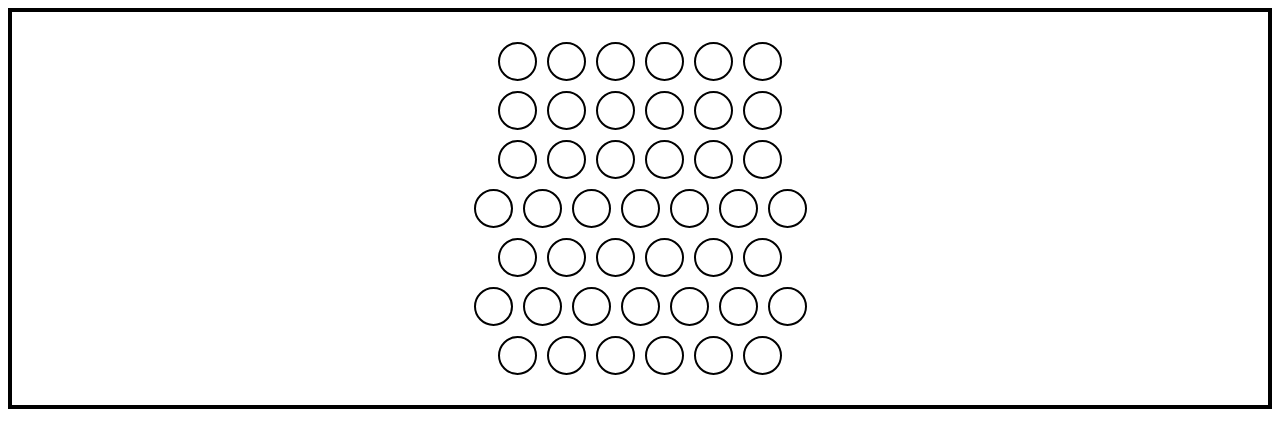
Repository: mikevic18/connect4
Page: index.html
An editor plug-in stored every save of this project. The page is shown before and after a run of saves, followed by the edit.
The browser window is 1280 px wide. The pictures show the whole page.

Above is the page before, as saved 2023-03-03 12:28:19.

### index.html
<!DOCTYPE html>
<html lang="en">
    <head>
        <meta charset="UTF-8" />
        <meta http-equiv="X-UA-Compatible" content="IE=edge" />
        <meta name="viewport" content="width=device-width, initial-scale=1.0" />
        <link rel="stylesheet" type="text/css" href="style.css">
        <title>Document</title>
    </head>
    <body>
        <div class="board">
            <div class="column">
                <div class="cell"></div>
                <div class="cell"></div>
                <div class="cell"></div>
                <div class="cell"></div>
                <div class="cell"></div>
                <div class="cell"></div>
            </div>
            <div class="column">
                <div class="cell"></div>
                <div class="cell"></div>
                <div class="cell"></div>
                <div class="cell"></div>
                <div class="cell"></div>
                <div class="cell"></div>
                <div class="cell"></div>
            </div>
            <div class="column">
                <div class="cell"></div>
                <div class="cell"></div>
                <div class="cell"></div>
                <div class="cell"></div>
                <div class="cell"></div>
                <div class="cell"></div>
            </div>
            <div class="column">
                <div class="cell"></div>
                <div class="cell"></div>
                <div class="cell"></div>
                <div class="cell"></div>
                <div class="cell"></div>
                <div class="cell"></div>
                <div class="cell"></div>
            </div>
            <div class="column">
                <div class="cell"></div>
                <div class="cell"></div>
                <div class="cell"></div>
                <div class="cell"></div>
                <div class="cell"></div>
                <div class="cell"></div>
            </div>
            <div class="column">
                <div class="cell"></div>
                <div class="cell"></div>
                <div class="cell"></div>
                <div class="cell"></div>
                <div class="cell"></div>
                <div class="cell"></div>
            </div>
            <div class="column">
                <div class="cell"></div>
                <div class="cell"></div>
                <div class="cell"></div>
                <div class="cell"></div>
                <div class="cell"></div>
                <div class="cell"></div>
            </div>
        </div>
    </body>
</html>

### style.css

.board{
    display:flex;
    flex-direction: column-reverse;
    align-items: center;
    border: 4px solid black;
    padding: 25px;
}

.column{
    display: flex;
}

.cell{
    width: 35px;
    height: 35px;
    border-radius: 50%;
    margin: 5px;
    background-color: white;
    border: 2px solid black;
}
.cell.red{
    background-color: red;
}
.cell.green{
    background-color: mediumseagreen;
}

After the next 3 saves:
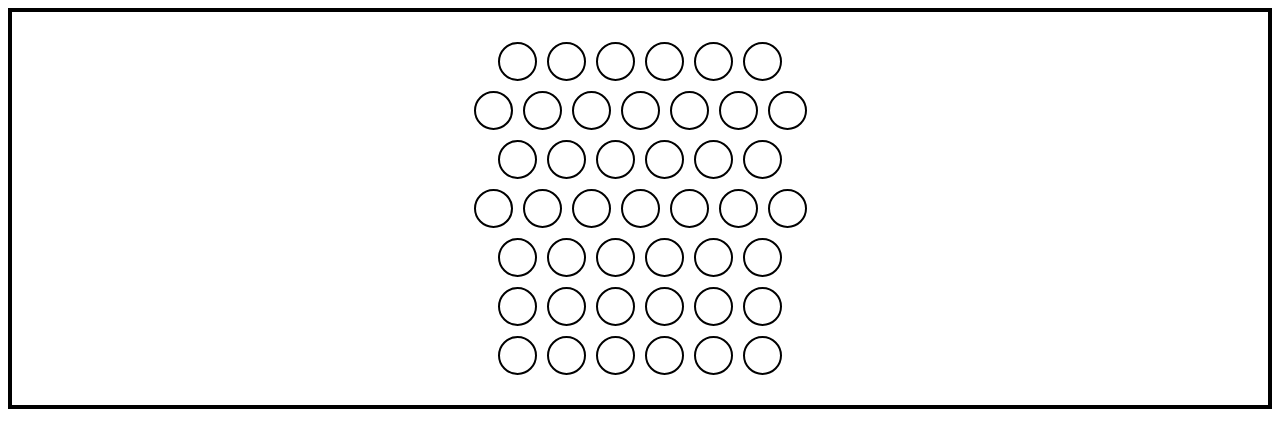
The 3 saves are shown as one change because they came seconds apart.
The last was saved 7 s later.
--- a/style.css
+++ b/style.css
@@ -1,7 +1,7 @@
 
 .board{
     display:flex;
-    flex-direction: column-reverse;
+    flex-direction: column;
     align-items: center;
     border: 4px solid black;
     padding: 25px;
